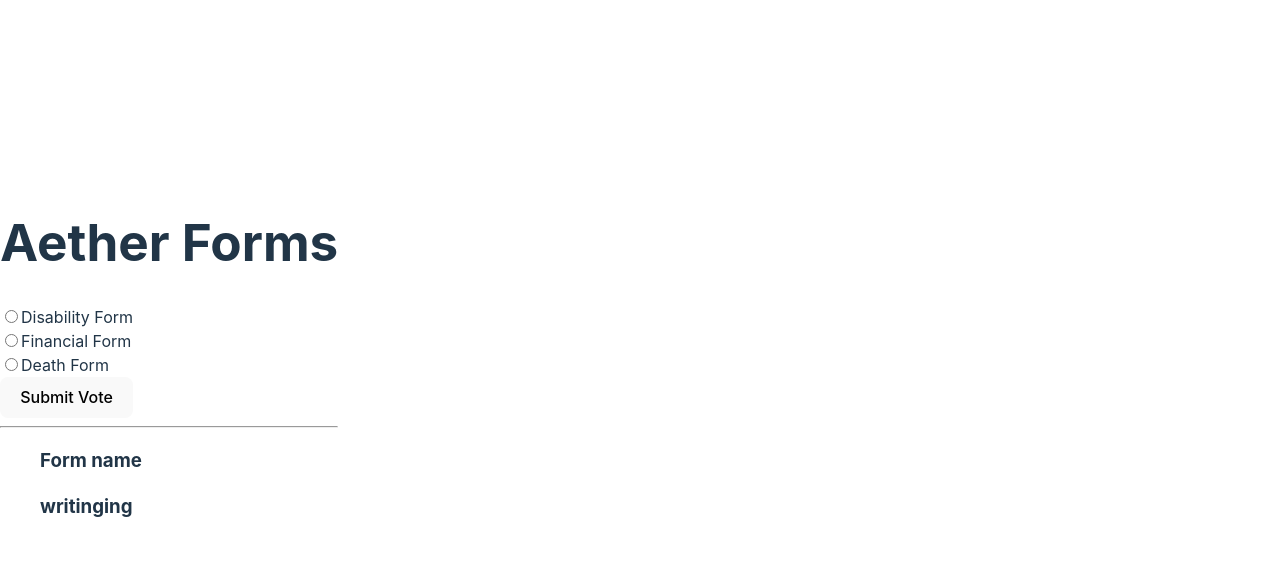
Repository: Jennica1/Aether-Top-Forms
Page: / (app in form-leaderboard-frontend/)
These files come from the project's save history. The page is drawn as it stood at one moment and after the next save; the edit follows.
The browser window is 1280 px wide. The pictures show the whole page.
The project was rebuilt for these pictures with package versions that can differ from the ones it lists, and the page was loaded fresh each time. Also part of the build but not shown: form-leaderboard-frontend/vite.config.js.

Above is the page before, as saved 2024-11-26 12:23:40.

After the next save:
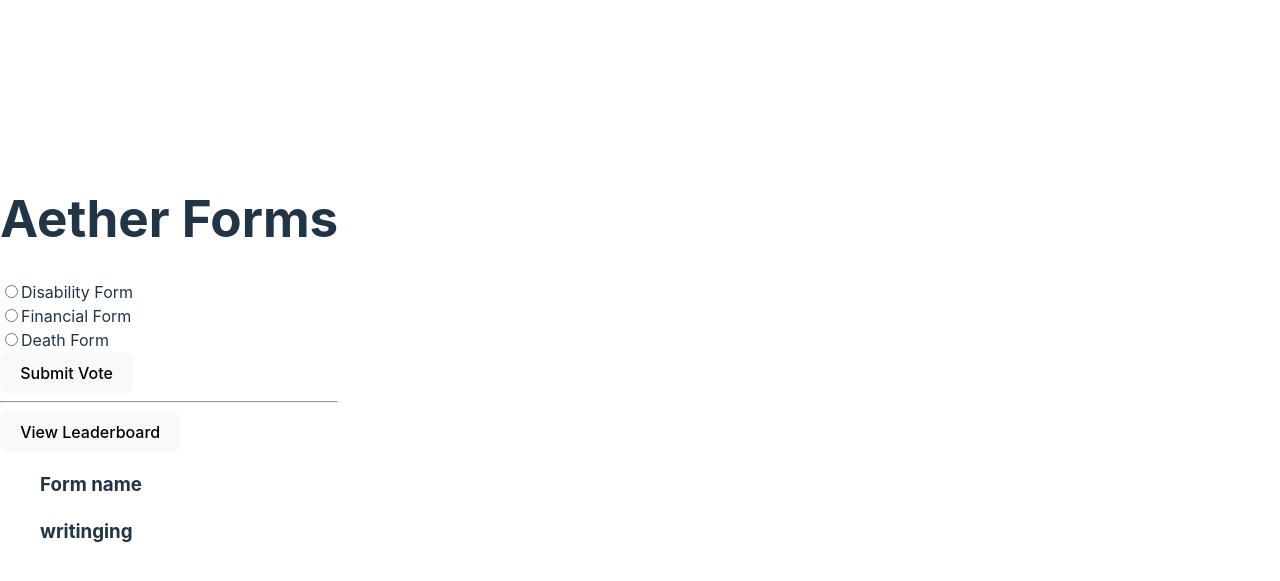
Saved 39 s later.
--- a/form-leaderboard-frontend/src/components/Leaderboard.jsx
+++ b/form-leaderboard-frontend/src/components/Leaderboard.jsx
@@ -2,27 +2,27 @@ import React, { useState } from "react";
 import axios from "axios";
 
 const Leaderboard = () => {
-  // const [leaderboard, setLeaderboard] = useState([]);
+  const [leaderboard, setLeaderboard] = useState([]);
 
-  // const fetchLeaderboard = async () => {
-  //   try {
-  //     const { data } = await axios.get("https://aether-top-forms-leaderboard.onrender.com/api/votes/leaderboard");
+  const fetchLeaderboard = async () => {
+    try {
+      const { data } = await axios.get("https://aether-top-forms-leaderboard.onrender.com/api/votes/leaderboard");
 
-  //     setLeaderboard(data);
-  //   } catch (error) {
-  //     console.error("Error fetching leaderboard:", error);
-  //   }
-  // };
+      setLeaderboard(data);
+    } catch (error) {
+      console.error("Error fetching leaderboard:", error);
+    }
+  };
 
   return (
     <div>
-      {/* <button onClick={fetchLeaderboard}>View Leaderboard</button> */}
+      <button onClick={fetchLeaderboard}>View Leaderboard</button>
       <ul>
-        {/* {leaderboard.map((entry) => (
+        {leaderboard.map((entry) => (
           <li key={entry._id}>
             {entry._id}: {entry.count} votes
           </li>
-        ))} */}
+        ))}
         <h3 >
           Form name
           <p>writinging</p>
